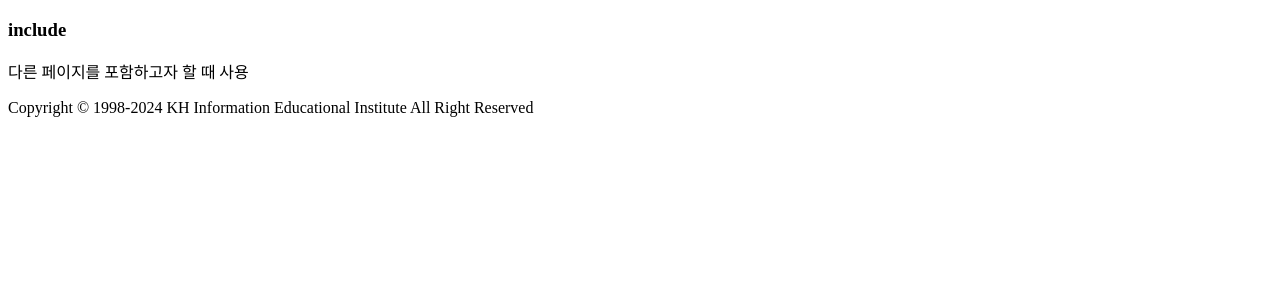
Repository: judeyong/myWebWorkSpace2
Page: http://localhost/Action_Project/views/StandardAction/01_include.jsp
The author's editor kept a copy of each file at every save. The page is drawn from the files as they stood at one save, then again after the next save.
The browser window is 1280 px wide. The pictures show the whole page.
The page is served by Tomcat 9. Other server files are loaded and not shown.

Above is the page before, as saved 2024-04-03 03:21:13.

### Action_Project/WebContent/views/StandardAction/01_include.jsp
<%@ page language="java" contentType="text/html; charset=UTF-8"
    pageEncoding="UTF-8"%>
<!DOCTYPE html>
<html>
<head>
<meta charset="UTF-8">
<title>Insert title here</title>
</head>
<body>

	<h3>include</h3>

	<p>
		다른 페이지를 포함하고자 할 때 사용
	</p>

	<%@ include file="footer.jsp" %>
	<br><br>
</body>
</html>

### Action_Project/WebContent/views/StandardAction/footer.jsp
<%@ page language="java" contentType="text/html; charset=UTF-8"
    pageEncoding="UTF-8"%>
    <%@ page import="java.text.SimpleDateFormat, java.util.Date" %>
<!DOCTYPE html>
<html>
<head>
<meta charset="UTF-8">
<title>나는 푸터야</title>
</head>
<body>
	<%
		// Date date = new Date();
		// 오늘 날짜
		// 오늘 날짜 기준으로 년도만 뽑아서 채워넣어야함
		// => SimpleDateFormat
		String year = new SimpleDateFormat("yyyy").format(new Date());
	%>

	Copyright © 1998-<%= year %> KH Information Educational Institute All Right Reserved

	<br>

</body>
</html>

After the next save:
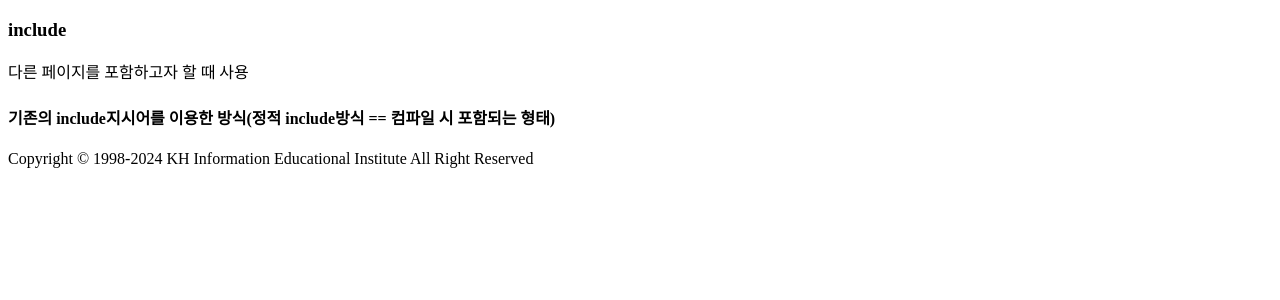
Saved 79 s later.
--- a/Action_Project/WebContent/views/StandardAction/01_include.jsp
+++ b/Action_Project/WebContent/views/StandardAction/01_include.jsp
@@ -14,6 +14,8 @@
 		다른 페이지를 포함하고자 할 때 사용
 	</p>
 
+	<h4>기존의 include지시어를 이용한 방식(정적 include방식 == 컴파일 시 포함되는 형태)</h4>
+
 	<%@ include file="footer.jsp" %>
 	<br><br>
 </body>
